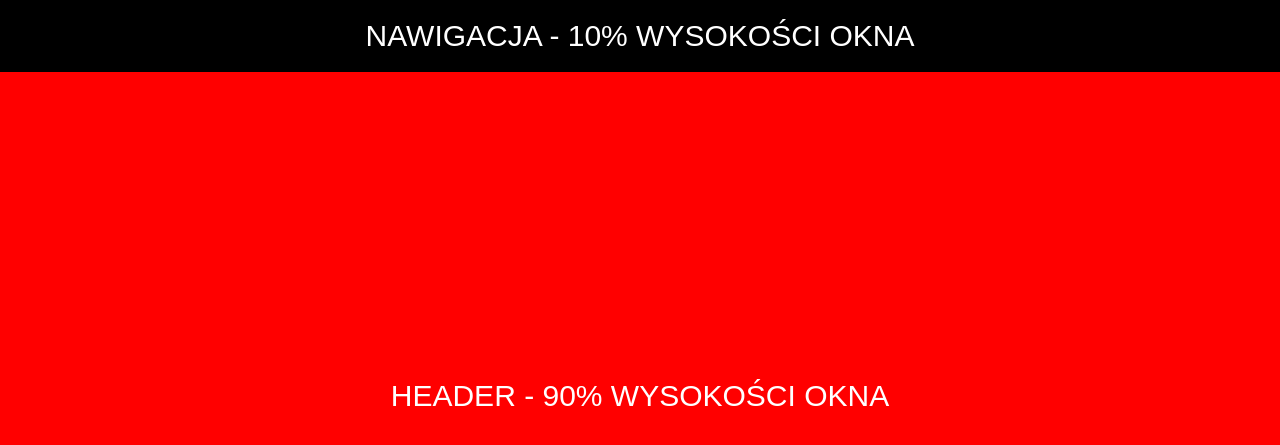
Repository: jasonj2333/advance_CSS
Page: 01-Header, Nav/start.html
The author's editor kept a copy of each file at every save. The page is drawn from the files as they stood at one save, then again after the next save.
The browser window is 1280 px wide. The pictures show the window.
A layer covers the whole window, so only the first screen is drawn.

Above is the page before, as saved 2019-04-23 19:24:06.

After the next save:
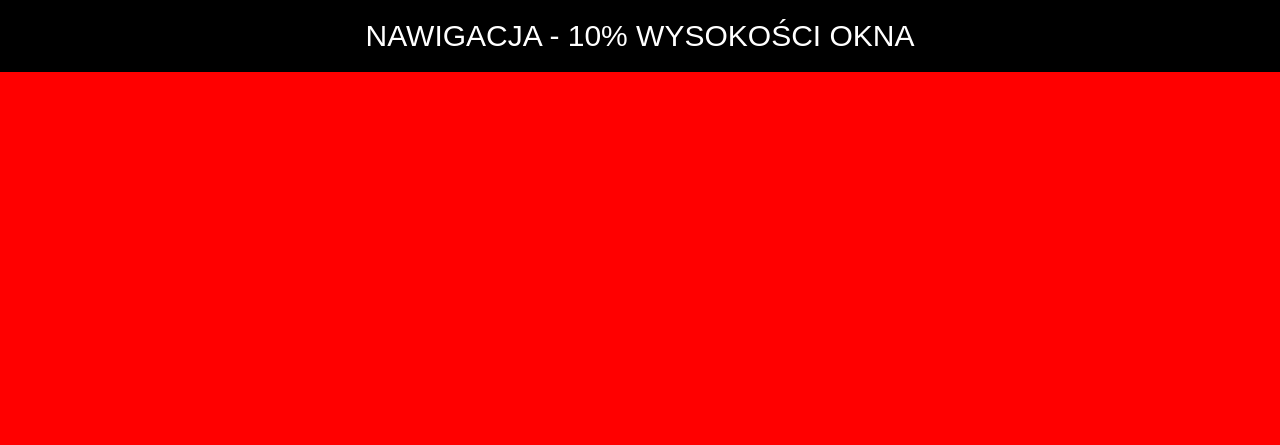
Saved 14 s later.
--- a/01-Header, Nav/start.html
+++ b/01-Header, Nav/start.html
@@ -12,7 +12,7 @@
         }
 
         :root {
-            --heroHeight: 100vh;
+            --heroHeight: 700vh;
             --navHeight: 10vh;
             --headerHeight: calc(var(--heroHeight) - var(--navHeight));
         }
